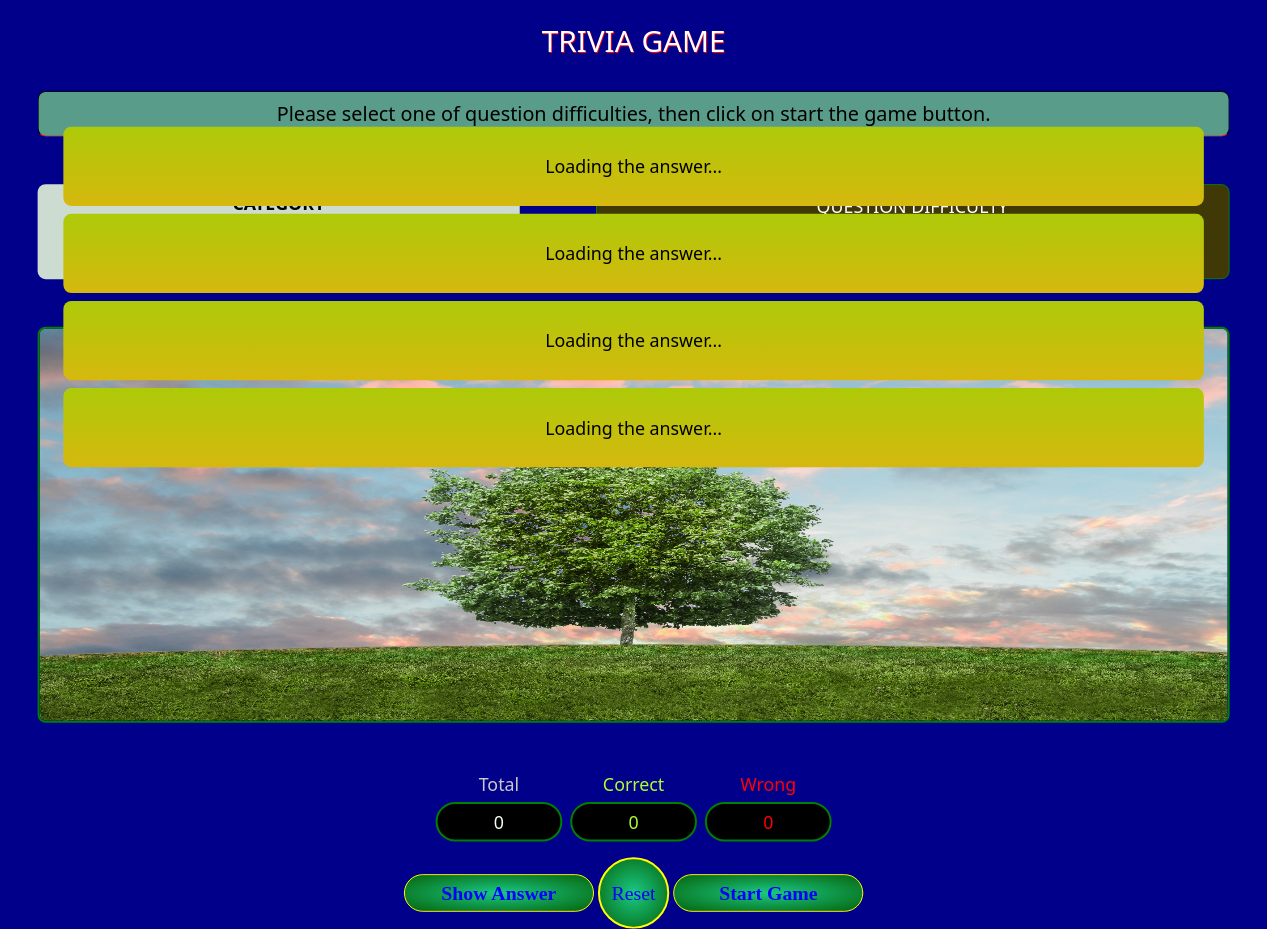
Repository: ShindanoSingi/bembe-trivia
Page: index.html
These files come from the project's save history. The page is drawn as it stood at one moment and after the next save; the edit follows.
The browser window is 1280 px wide. The pictures show the whole page, at 99% of full size.
Some web libraries are served in a nearby version.

Above is the page before, as saved 2022-09-08 02:12:35.

After the next save:
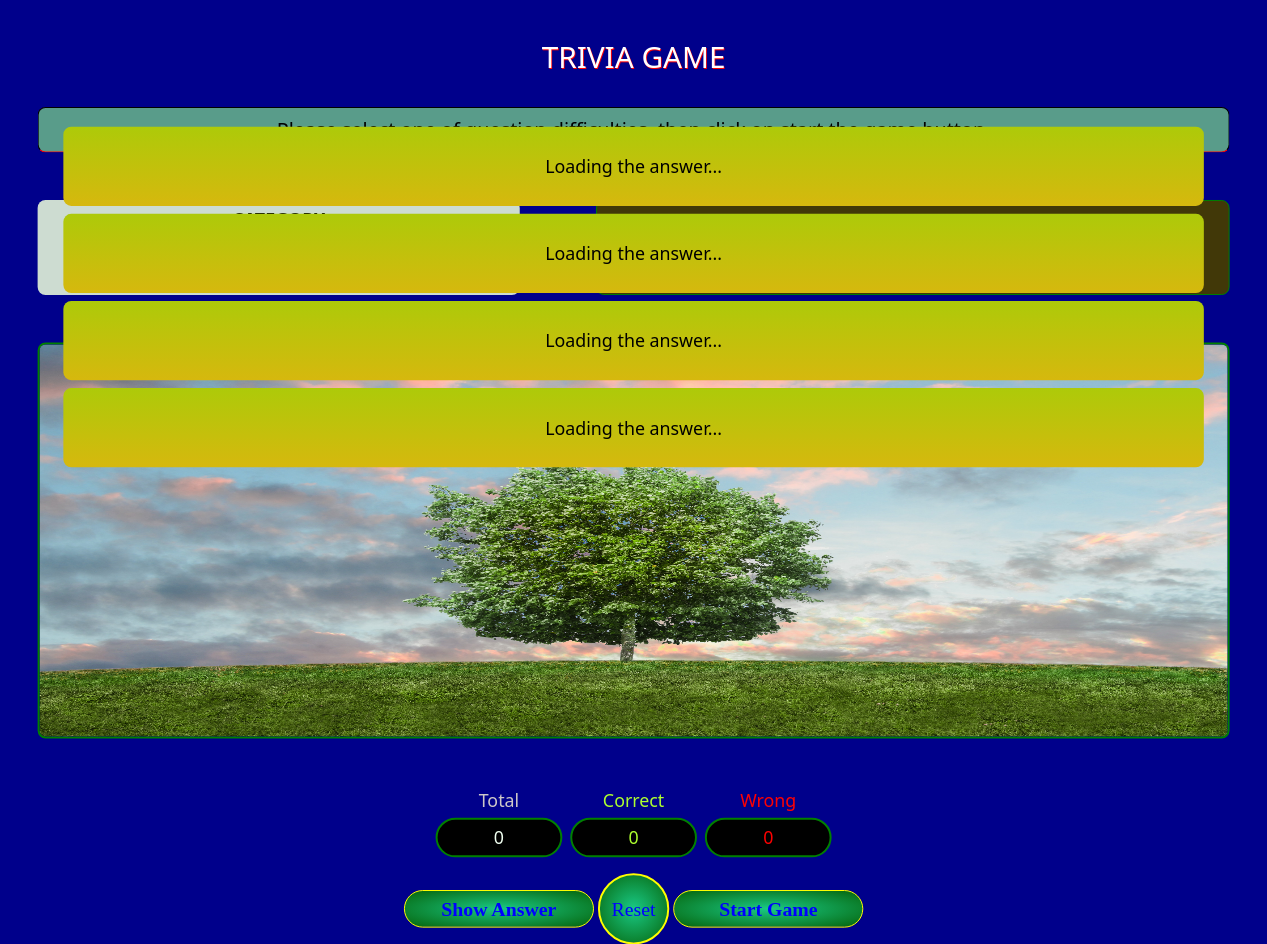
Saved 25 s later.
--- a/index.html
+++ b/index.html
@@ -11,7 +11,7 @@
     </head>
 
     <body class="">
-        <div class="containerBox max-h-[100vh] my-2 flex flex-col gap-[3rem]">
+        <div class="containerBox max-h-[100vh] my-2 flex py-4 flex-col gap-[3rem]">
             <h1 class="text-center text-3xl relative top-4" >TRIVIA GAME</h1>
             <div class="questionBox text-center w-[94vw] md:text-xl h-[6.5rem] p-2 md:p-2 mx-auto rounded-lg">
                 Please select one of question difficulties, then click on start the game button.

After the save that followed:
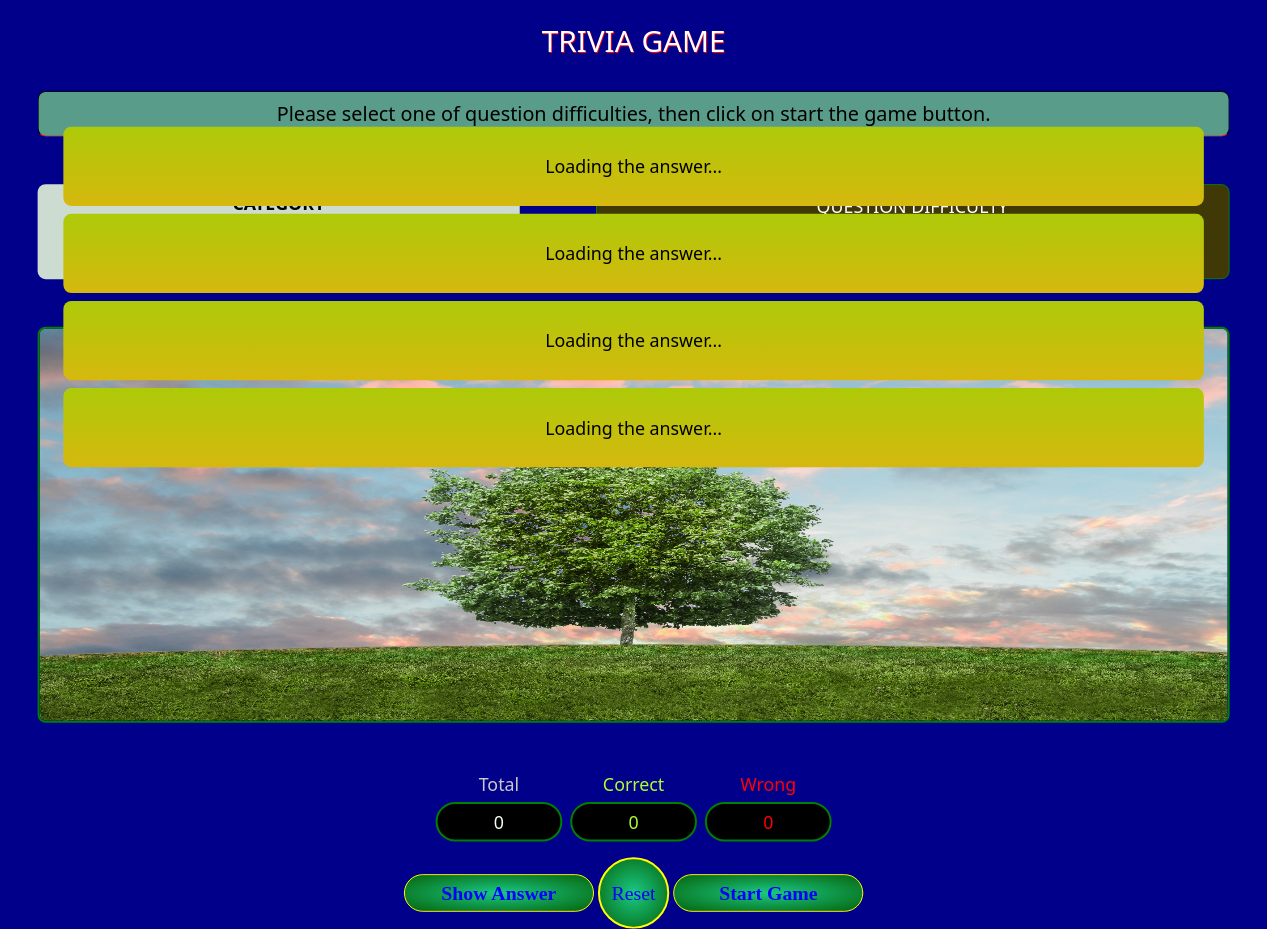
Saved 11 s later.
--- a/index.html
+++ b/index.html
@@ -11,7 +11,7 @@
     </head>
 
     <body class="">
-        <div class="containerBox max-h-[100vh] my-2 flex py-4 flex-col gap-[3rem]">
+        <div class="containerBox max-h-[100vh] my-2 flex my-2 flex-col gap-[3rem]">
             <h1 class="text-center text-3xl relative top-4" >TRIVIA GAME</h1>
             <div class="questionBox text-center w-[94vw] md:text-xl h-[6.5rem] p-2 md:p-2 mx-auto rounded-lg">
                 Please select one of question difficulties, then click on start the game button.
